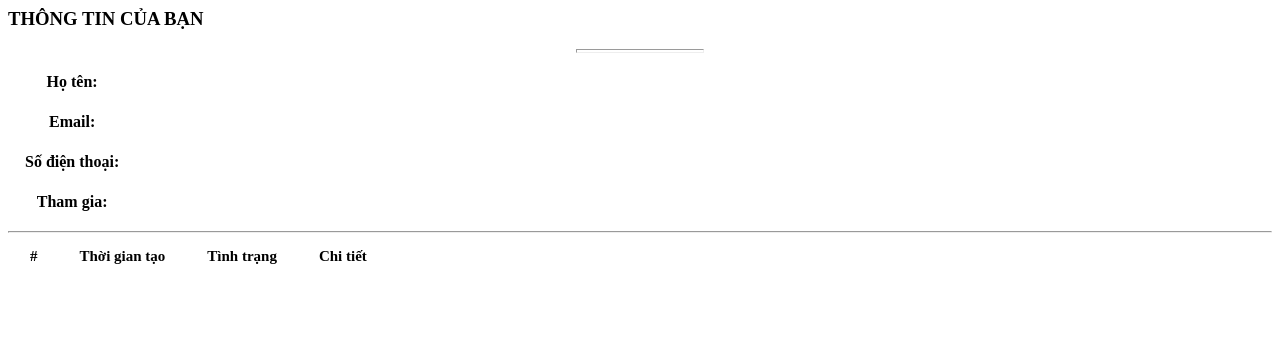
Repository: kienkiddo/BaiTapWebBanHang
Page: http://localhost/LapTrinhWebsite/home/view/about.jsp
An editor plug-in stored every save of this project. The page is shown before and after the next save, followed by the edit.
The browser window is 1280 px wide. The pictures show the whole page.
The page is served by Tomcat 9. Other server files are loaded and not shown.

Above is the page before, as saved 2022-05-12 06:07:12.

### LapTrinhWebsite/src/main/webapp/home/view/about.jsp
<%@ page contentType="text/html; charset=UTF-8"%>
<%@ taglib prefix="c" uri="http://java.sun.com/jsp/jstl/core"%>

<style>
#info td, #info th {
	padding: 10px 15px;
}


#history th, #history td {
	font-size: 15px;
	padding: 5px 20px !important;
}

</style>

<div class="container pt-5">
	<h3 class="text-center">THÔNG TIN CỦA BẠN</h3>
	<hr style="width: 10%; height: 2px" class="color-main">
	<div class="row mt-5">
		<div class="col">
			<table class="table" id="info">
				<tr>
					<th>Họ tên:</th>
					<td>${user.name}</td>
				</tr>
				<tr>
					<th>Email:</th>
					<td>${user.email}</td>
				</tr>
				<tr>
					<th>Số điện thoại:</th>
					<td>${user.phone}</td>
				</tr>
				<tr>
					<th>Tham gia:</th>
					<td>${user.timecreat}</td>
				</tr>
			</table>
		</div>
	</div>
	<hr>
	<div class="row mt-5">
		<div class="col">
			<table class="table" id="history">
				<thead>
					<th>#</th>
					<th>Thời gian tạo</th>
					<th>Tình trạng</th>
					<th>Chi tiết</th>
				</thead>
				<tbody>
					<c:forEach items="${historys}" var="item">
						<tr>
							<td>${item.id }</td>
							<td>${item.timecreat }</td>
							<td><c:if test="${item.status == -1}">
									<div class="badge badge-danger p-2">ĐÃ HỦY</div>
								</c:if> <c:if test="${item.status == 0}">
									<div class="badge badge-primary p-2">ĐANG THỰC HIỆN</div>
								</c:if> <c:if test="${item.status == 1}">
									<div class="badge badge-success p-2">ĐÃ THỰC HIỆN</div>
								</c:if></td>


						</tr>
					</c:forEach>
				</tbody>
			</table>
		</div>

	</div>
</div>

### LapTrinhWebsite/src/main/java/commom/Security.java
package commom;

import java.math.BigInteger;
import java.security.MessageDigest;
import java.util.UUID;

import javax.servlet.http.Cookie;
import javax.servlet.http.HttpServletResponse;

import model.User;

public class Security {

	public static String getMd5(String s) {
		try {
			byte[] bytesOfMessage = s.getBytes("UTF-8");
			MessageDigest md = MessageDigest.getInstance("MD5");
			byte[] theMD5digest = md.digest(bytesOfMessage);
			BigInteger no = new BigInteger(1, theMD5digest);

			String hashtext = no.toString(16);
			while (hashtext.length() < 32) {
				hashtext = "0" + hashtext;
			}
			return hashtext;
		} catch (Exception e) {
			e.printStackTrace();
		}
		return "";
	}


	public static void setCookieLogin(String user, String pass, String hashkey, HttpServletResponse response) {
		Cookie cookie = new Cookie("email", user);
		cookie.setMaxAge(60 * 60 * 24 * 90);
		Cookie cookie2 = new Cookie("pass", pass);
		cookie2.setMaxAge(60 * 60 * 24 * 90);
		Cookie cookie3 = new Cookie("hashkey", hashkey);
		cookie3.setMaxAge(60 * 60 * 24 * 90);

		response.addCookie(cookie);
		response.addCookie(cookie2);
		response.addCookie(cookie3);
	}

	public static void deleteCookieLogin(HttpServletResponse response) {
		Cookie cookie = new Cookie("email", "");
		cookie.setMaxAge(0);
		Cookie cookie2 = new Cookie("pass", "");
		cookie2.setMaxAge(0);
		Cookie cookie3 = new Cookie("hashkey", "");
		cookie3.setMaxAge(0);

		response.addCookie(cookie);
		response.addCookie(cookie2);
		response.addCookie(cookie3);
	}

	public static String creatHashkey() {
		return UUID.randomUUID().toString();
	}


	public static void setHashkey(String hashkey, HttpServletResponse response) {
		Cookie cookie = new Cookie("hashkey", hashkey);
		cookie.setMaxAge(60 * 60 * 24 * 90);
		response.addCookie(cookie);
	}

	public static String getHashkey(Cookie[] cookies) {
		if (cookies == null) {
			return null;
		}
		for (int i = 0; i < cookies.length; i++) {
			String name = cookies[i].getName();
			String value = cookies[i].getValue();
			if (name.equals("hashkey")) {
				return value;
			}
		}
		return null;
	}

	public static void removeHashkey(HttpServletResponse response) {
		Cookie cookie = new Cookie("hashkey", "");
		cookie.setMaxAge(0);
		response.addCookie(cookie);
	}

}

After the next save:
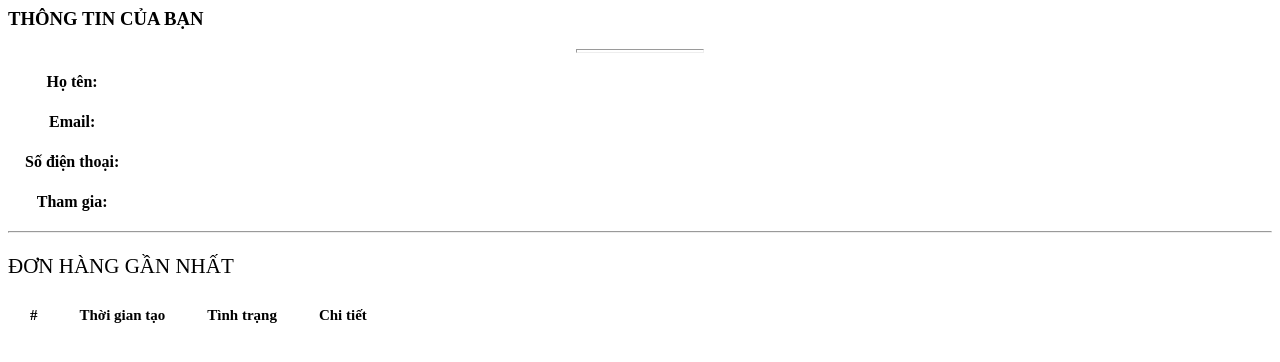
Saved 43 s later.
--- a/LapTrinhWebsite/src/main/webapp/home/view/about.jsp
+++ b/LapTrinhWebsite/src/main/webapp/home/view/about.jsp
@@ -42,6 +42,7 @@
 	<hr>
 	<div class="row mt-5">
 		<div class="col">
+		<p style="font-size: 21px" class="text-center">ĐƠN HÀNG GẦN NHẤT</p>
 			<table class="table" id="history">
 				<thead>
 					<th>#</th>
